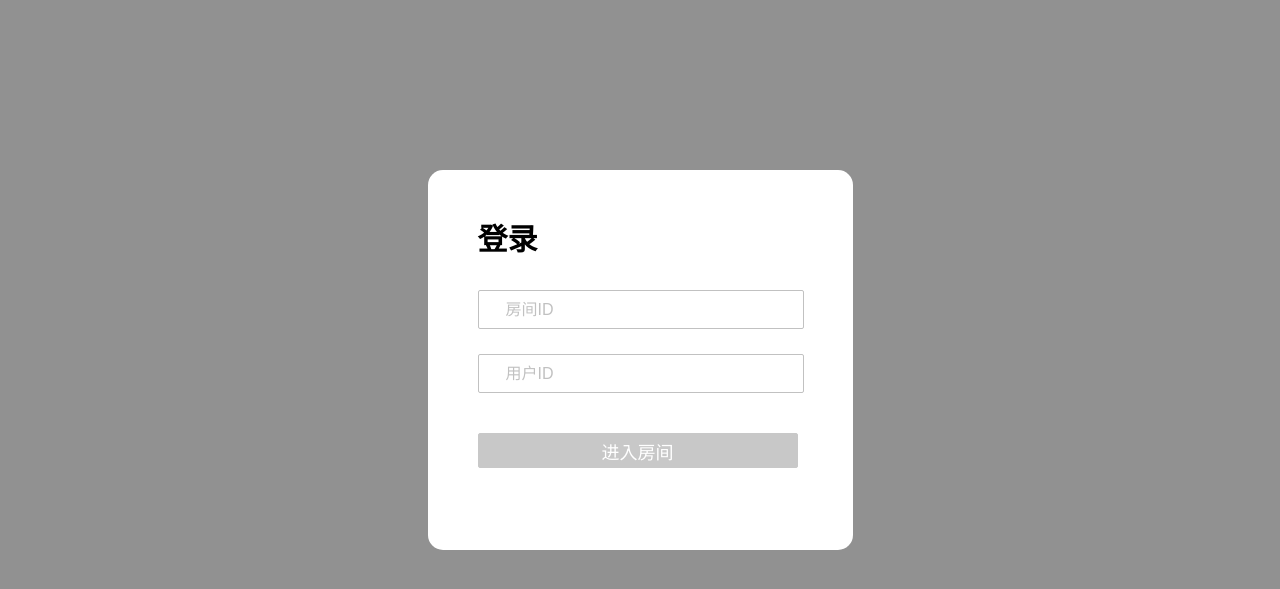
Repository: sjtu-course/homework
Page: GongZening/Week2/Web/LoginPage.html
The author's editor kept a copy of each file at every save. The page is drawn from the files as they stood at one save, then again after the next save.
The browser window is 1280 px wide. The pictures show the whole page.

Above is the page before, as saved 2020-11-09 15:33:58.

### GongZening/Week2/Web/LoginPage.html
<!DOCTYPE html>
<html>
    <head>
        <meta charset="utf-8">
        <title>LoginPage</title>
        <style>
            input::-webkit-input-placeholder{
                color:#c1c1c1;
                font-size: 16px;
                padding-left: 25px;
            }
        </style>
        <link rel="stylesheet" type="text/css" href="css/Round_Rect.css" />
        <link rel="stylesheet" type="text/css" href="css/Login.css" />
        <link rel="stylesheet" type="text/css" href="css/Edit_Text.css" />
        <link rel="stylesheet" type="text/css" href="css/Button.css" />
        <link rel="stylesheet" type="text/css" href="css/Reset.css" />
    </head>

    <body style="background-color: #919191;">
        <div id="round_rect">
            <h1 id="login">登录</h1>
            <input type="text" class="edit_text" placeholder="房间ID" style="margin-top: 45px;">
            <!-- <input type="text" class="edit_text" placeholder="房间ID"> -->
            <input type="text" class="edit_text" placeholder="用户ID" style="margin-top: 25px;">
            <button class="button">进入房间</button>
        </div>
    </body>
</html>

### GongZening/Week2/Web/css/Round_Rect.css
@charset "utf-8";
#round_rect{
	width: 425px;
	height: 380px;
	background-color: white;
	/* 圆角大小 */
	border-radius: 15px;
	/* 位置居中 */
	position: absolute;
	margin: auto;
	top: 0;
	right: 0;
	left: 0;
	bottom: 0;
}

### GongZening/Week2/Web/css/Login.css
@charset "utf-8";
#login{
    font-size: 30px;
    color: black;
    margin-top: 45px;
    margin-left: 50px;
    height: 30px;
}

### GongZening/Week2/Web/css/Edit_Text.css
@charset "utf-8";
.edit_text{
    width: 320px;
    height: 35px;
    margin-left: 50px;
    margin-top: 0px;
    border-radius: 2px;
    border:1px solid #c1c1c1;
    font-size: 16px;
}

### GongZening/Week2/Web/css/Button.css
@charset "utf-8";
.button{
    width: 320px;
    height: 35px;
    margin-left: 50px;
    margin-top: 40px;
    border-radius: 2px;
    background-color: #c8c8c8;
    color: white;
    border:1px solid #c8c8c8;
    font-size: 18px;
}

### GongZening/Week2/Web/css/Reset.css
@charset "utf-8";
body,p,h1,h2,h3,h4,h5,h6,dl,dd{
    margin:0;
    font-size:12px;
/* font-family:XX; */
}
ol,ul{
    list-style:none;
    padding:0;
    margin:0;
}
a{
    text-decoration:none;
}
img{
    border:none;
}
/* 默认样式重置 (css reset)  */

After the next save:
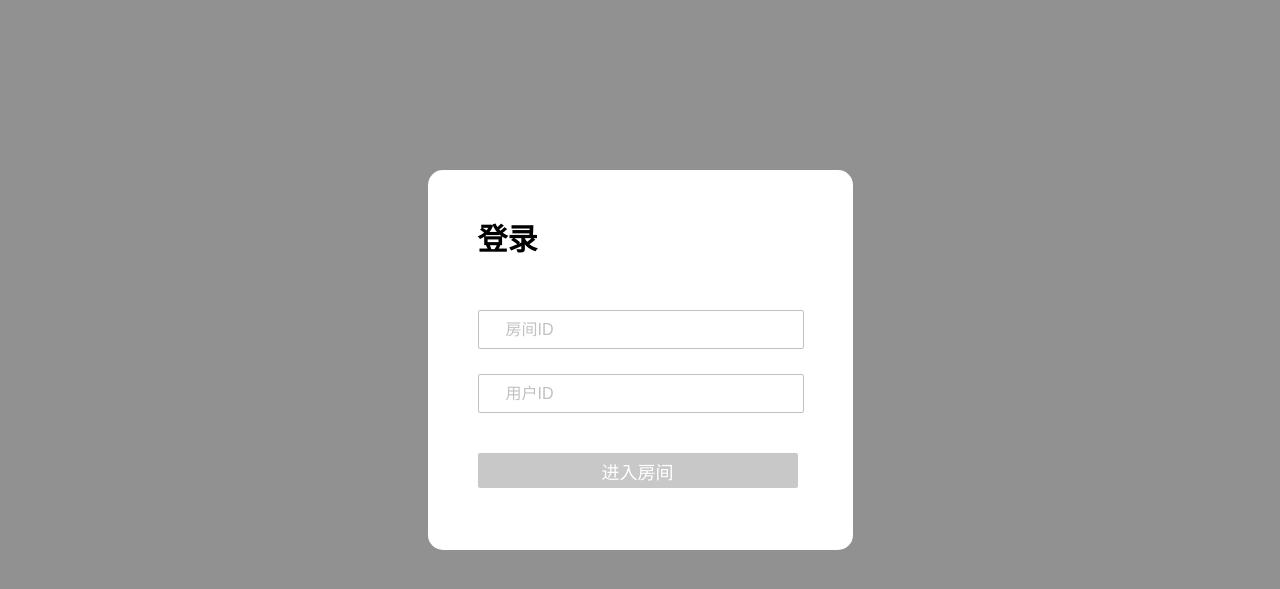
Saved 9 s later.
--- a/GongZening/Week2/Web/LoginPage.html
+++ b/GongZening/Week2/Web/LoginPage.html
@@ -14,7 +14,7 @@
         <link rel="stylesheet" type="text/css" href="css/Login.css" />
         <link rel="stylesheet" type="text/css" href="css/Edit_Text.css" />
         <link rel="stylesheet" type="text/css" href="css/Button.css" />
-        <link rel="stylesheet" type="text/css" href="css/Reset.css" />
+        <!-- <link rel="stylesheet" type="text/css" href="css/Reset.css" /> -->
     </head>
 
     <body style="background-color: #919191;">

After the save that followed:
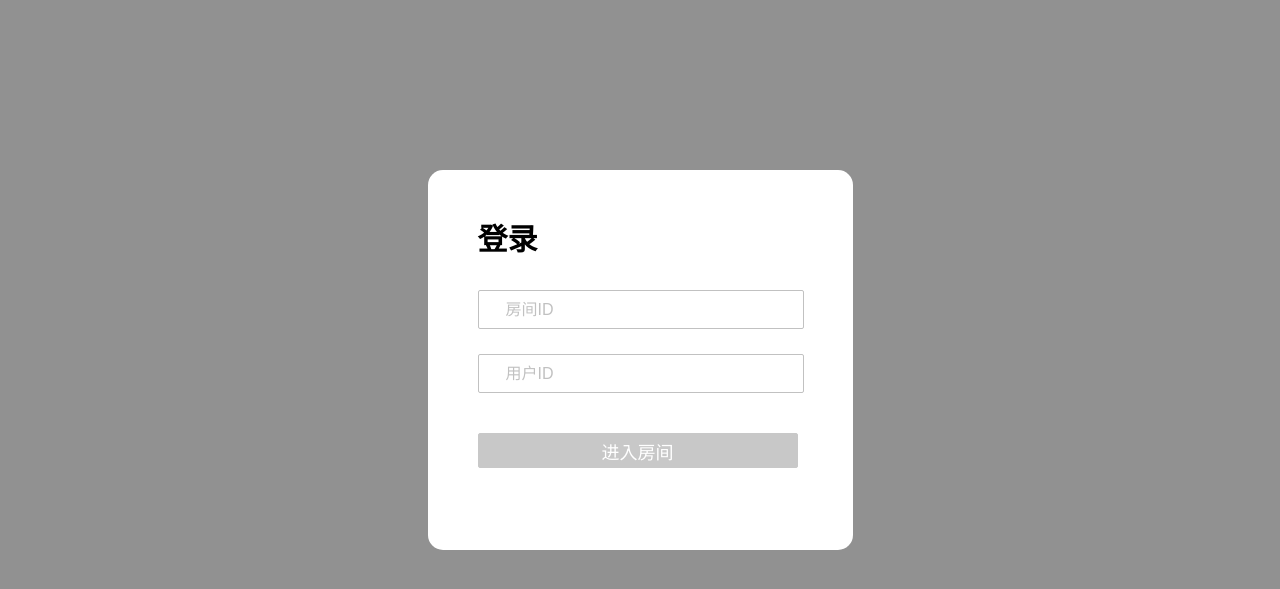
Saved 4 s later.
--- a/GongZening/Week2/Web/LoginPage.html
+++ b/GongZening/Week2/Web/LoginPage.html
@@ -14,7 +14,7 @@
         <link rel="stylesheet" type="text/css" href="css/Login.css" />
         <link rel="stylesheet" type="text/css" href="css/Edit_Text.css" />
         <link rel="stylesheet" type="text/css" href="css/Button.css" />
-        <!-- <link rel="stylesheet" type="text/css" href="css/Reset.css" /> -->
+        <link rel="stylesheet" type="text/css" href="css/Reset.css" />
     </head>
 
     <body style="background-color: #919191;">
